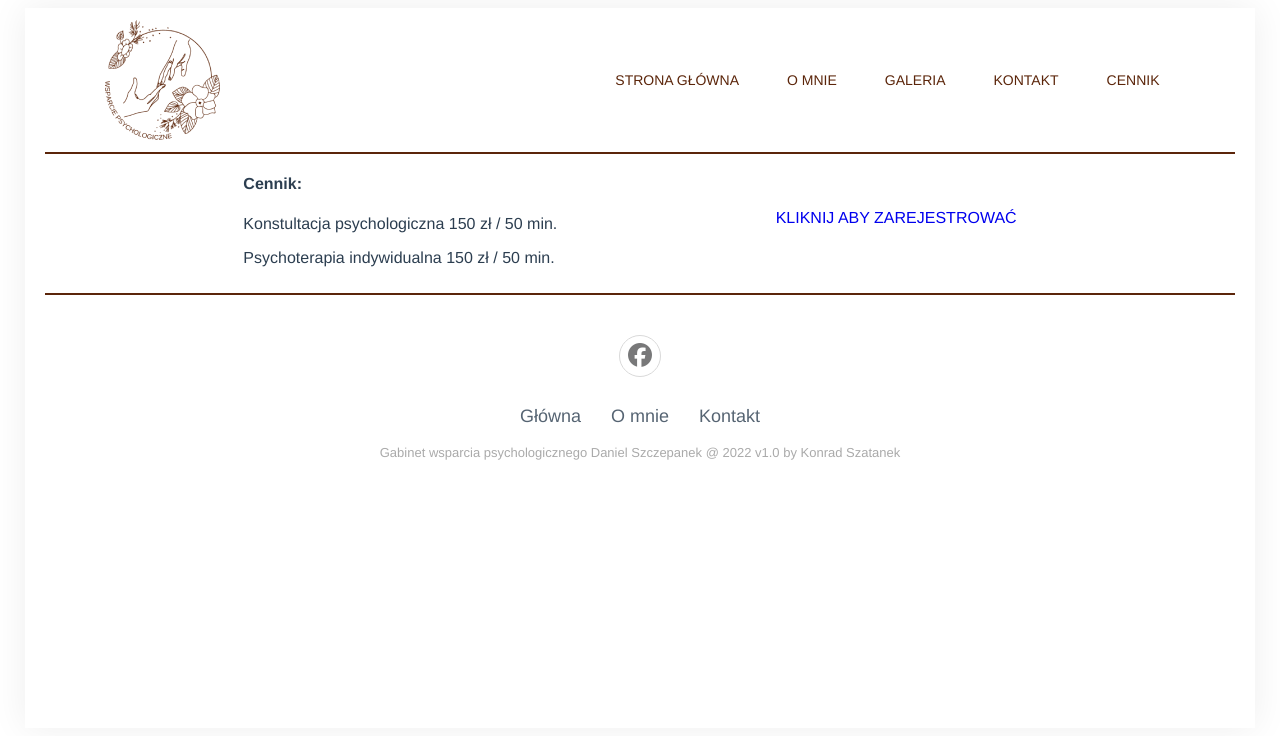
Repository: Kondzioor/szczepan-page
Page: /tariff
The author's editor kept a copy of each file at every save. The page is drawn from the files as they stood at one save, then again after the next save.
The browser window is 1280 px wide. The pictures show the whole page.
Some web libraries are served in a nearby version. The project was rebuilt for these pictures with package versions that can differ from the ones it lists, and the page was loaded fresh each time. Also part of the build but not shown: src/views/Home.vue, src/views/AboutUs.vue, src/views/Contact.vue.

Above is the page before, as saved 2022-04-12 15:42:01.

### public/index.html
<!DOCTYPE html>
<html lang="">
  <head>
    <meta charset="utf-8">
    <meta http-equiv="X-UA-Compatible" content="IE=edge">
    <meta name="viewport" content="width=device-width,initial-scale=1.0">
    <link rel="icon" href="<%= BASE_URL %>favicon.ico">
    <title><%= htmlWebpackPlugin.options.title %></title>
    <script src="https://kit.fontawesome.com/c0ecb9f799.js" crossorigin="anonymous"></script>
  </head>
  <body>
    <noscript>
      <strong>We're sorry but <%= htmlWebpackPlugin.options.title %> doesn't work properly without JavaScript enabled. Please enable it to continue.</strong>
    </noscript>
    <div id="app"></div>
    <!-- built files will be auto injected -->
  </body>
</html>

### src/App.vue
<template>
 <div class="app">
   <Navbar />
   <router-view></router-view>
   <Footer />
 </div>
</template>
<script>
import Navbar from './components/Navbar.vue'
import Footer from './components/Footer.vue'
export default {
  components:{
    Navbar,
    Footer,
  }
}
</script>

<style lang="scss">
.app {
  font-family: Avenir, Helvetica, Arial, sans-serif;
  -webkit-font-smoothing: antialiased;
  -moz-osx-font-smoothing: grayscale;
  color: #2c3e50;
  width: 100%;
  box-sizing: border-box;
  max-width:  1230px;
  height: 100vh;
  margin: 0 auto;
  padding: 0 20px;
  box-shadow: 0 0 35px #eee ;
}
a{
  text-decoration: none;
}
ul li{
  list-style: none;
}
button{
  border: none;
  outline: none;
  background: transparent;
  cursor: pointer;
}
</style>

### src/router/index.js
import { createRouter, createWebHistory } from 'vue-router'
import Home from '../views/Home.vue'
import AboutUs from '../views/AboutUs.vue'
import Contact from '../views/Contact.vue'
import Tariff from '../views/Tariff.vue'

const routes = [
  {
    path: '/',
    name: 'Home',
    component: Home
  },
  {
    path: '/about',
    name: 'AboutUs',
    component: AboutUs
  },
  {
    path: '/contact',
    name: 'Contact',
    component: Contact
  },
  {
    path: '/tariff',
    name: 'Tariff',
    component: Tariff
  }
]

const router = createRouter({
  history: createWebHistory(process.env.BASE_URL),
  routes
})

export default router

### src/components/Navbar.vue
<template>
    <div class="header">
        <nav>
            <div class="branding">
                <img class="logo" src="../assets/logo/logo.png" alt="">
            </div>
            <ul v-if="!mobile" class="navigation">
                <li ><a class="link" href="#" @click="homePush">Strona główna</a></li>
                <li ><a class="link" href="#" @click="aboutUsPush">O mnie</a></li>
                <li ><a class="link" href="#">Galeria</a></li>
                <li ><a class="link" href="#" @click="contactPush">Kontakt</a></li>
                <li ><a class="link" href="#" @click="tariffPush">Cennik</a></li>
            </ul>

            <div class="icon">
                <i @click="toggleMobileNav" v-show="mobile" class="fas fa-bars" :class="{'icon-active': mobileNav}"></i>
            </div>
            <transition name="mobile-nav">
                <ul v-if="mobileNav" class="dropdown-nav">
                <li ><a class="link" href="#" @click="homePush">Strona główna</a></li>
                <li ><a class="link" href="#" @click="aboutUsPush">O mnie</a></li>
                <li ><a class="link" href="#">Galeria</a></li>
                <li ><a class="link" href="#" @click="contactPush">Kontakt</a></li>
                <li ><a class="link" href="#" @click="tariffPush">Cennik</a></li>
                </ul>
            </transition>
        </nav>
    </div>
</template>
<script>
import { useRouter } from "vue-router";
export default {

    data(){
        return{
            router: useRouter(),
            mobile: null,
            mobileNav: null,
            windowWidth: null,
        }
    },
    computed:{

  },
  methods:{
    toggleMobileNav(){
        this.mobileNav = !this.mobileNav
    },
    homePush(){
        this.router.push('/')
    },
    aboutUsPush(){
      this.router.push('/about')
    },
    contactPush(){
        this.router.push('/contact')
    },
    tariffPush(){
        this.router.push('/tariff')
    },

    checkScreen(){
        this.windowWidth = window.innerWidth;
        if(this.windowWidth <= 920){
            this.mobile = true
            return
        }
        this.mobile = false;
        this.mobileNav = false;
        return
    },
  },
  created(){
      window.addEventListener('resize',this.checkScreen);
      this.checkScreen();
  },
}
</script>
<style scoped>
.header{
    max-width:  1230px;
    background-color: white;
    width: 100%;
    border-bottom: 2px solid #5b250a;
    position: relative;
    transition: 0.5s ease all;
    color: #5b250a;
}
.logo{
    cursor: pointer;
}
nav{
    display: flex;
    flex-direction: row;
    padding: 12px 0;
    transition: .5s ease all;
    width:90%;
    margin: 0 auto;
    align-items: center;
}
ul,
.link {
    font-weight: 500;
    color: #5b250a;
    list-style: none;
    text-decoration: none;
}
li{
    text-transform: uppercase;
    padding: 16px;
    margin-left: 16px;
}
.link{
    font-size: 14px;
    transition: .5s ease all;
    padding-bottom: 4px;
    border-bottom: 1px solid transparent;
}
.link:hover{
    color: rgb(81,167,38);
    border-color: rgb(81,167,38);

}
.branding{

    display: flex;
    align-items: center;

}
.branding img{
    width:100%;
    transition: .5s ease all;
}
.navigation{
    display:flex;
    align-items: center;
    flex:1;
    justify-content: flex-end;
}
.icon{
    display: flex;
    align-items: center;
    position: absolute;
    top:0;
    right: 24px;
    height: 100%;
    z-index: 100;
}
i{
    cursor: pointer;
    font-size: 24px;
    transition: .8s ease all;
    margin-right: 40px;
}
.icon-active{
    transform: rotate(180deg);
}
.dropdown-nav{
    display: flex;
    flex-direction: column;
    position: fixed;
    width: 100%;
    max-width: 250px;
    height: 100%;
    background-color: #fff;
    top: 0;
    left: 0;
    z-index: 99;
}
.dropdown-nav li{
    margin-left: 0;

}
.mobile-nav-enter-active,
.mobile-nav-leave-active{
    transition: 1s ease all;
}
.mobile-nav-enter-from,
.mobile-nav-leave-to{
    transform: translateX(-250px)
}
.mobile-nav-enter-to{
    transform: translateX(0)
}

@media (max-width: 420px){
  i{
      margin-right: 10px;
  }
}
@media (max-width: 500px){
  i{
      margin-right: 5px;
  }
}
</style>

### src/components/Footer.vue
<template>
    <section class="footer">
        <div class="social">

            <a href="https://www.facebook.com/psychologLegnicaLubin"><i class="fab fa-facebook" ></i></a>
        </div>
        <ul class="list">
            <li @click="homePush" >
                <a href="/">Główna</a>
            </li>
            <li>
                <a href="/about">O mnie</a>
            </li>
            <li>
                <a href="/contact">Kontakt</a>
            </li>
        </ul>
        <p class="copyright">Gabinet wsparcia psychologicznego Daniel Szczepanek @ 2022 v1.0 by Konrad Szatanek</p>
    </section>
</template>
<script>
export default {
    methods:{
        homePush() {
        this.router.push('/');
      },
    }
}
</script>
<style scoped>
.footer{
    padding: 40px 0;
    background-color: #fff;
    border-top: 2px solid #5b250a;
    margin-top: 10px;
}
.footer .social{
    text-align: center;
    padding-bottom: 25px;
    color: #4b4c4d;
}
.footer .social a{
    font-size: 24px;
    color:inherit;
    border: 1px solid #ccc;
    width: 40px;
    height: 40px;
    line-height: 40px;
    display: inline-block;
    text-align: center;
    border-radius: 50%;
    margin: 0 8px;
    opacity: 0.75;
}
.footer .social a:hover{
    opacity:0.9;
    color: rgb(81,167,38);
    border-color: rgb(81,167,38);
}
.footer ul{
    margin-top: 0;
    margin-bottom: 0;
    padding: 0;
    list-style: none;
    font-size: 18px;
    line-height: 1.6;
    text-align: center;
}
.footer ul li a{
    color: inherit;
    text-decoration: none;
    opacity: 0.8;
}
.footer ul li{
    display: inline-block;
    padding: 0 15px;
}
.footer ul li a:hover{
    opacity: 1;
    color: rgb(81,167,38);
    border-color: rgb(81,167,38);
}
.footer .copyright{
    margin-top: 15px;
    text-align: center;
    font-size: 13px;
    color: #aaa
}
</style>

### src/views/Tariff.vue
<template>
    <div class="container">
        <div class="description">
            <h4>Cennik:</h4>
            <p>Konstultacja psychologiczna 150 zł / 50 min.</p>
            <p>Psychoterapia indywidualna 150 zł / 50 min.</p>
        </div>
        <a href="https://www.znanylekarz.pl/daniel-szczepanek/psycholog/legnica">KLIKNIJ ABY ZAREJESTROWAĆ</a>
    </div>
</template>
<script>
export default {

}
</script>
<style scoped>
.container{
    display: flex;
    justify-content: space-evenly;
    align-items: center;
}
a{
 margin: 20px;
}
</style>

Loaded but not shown: src/main.js (common file); src/store/index.js (common file)

After the next save:
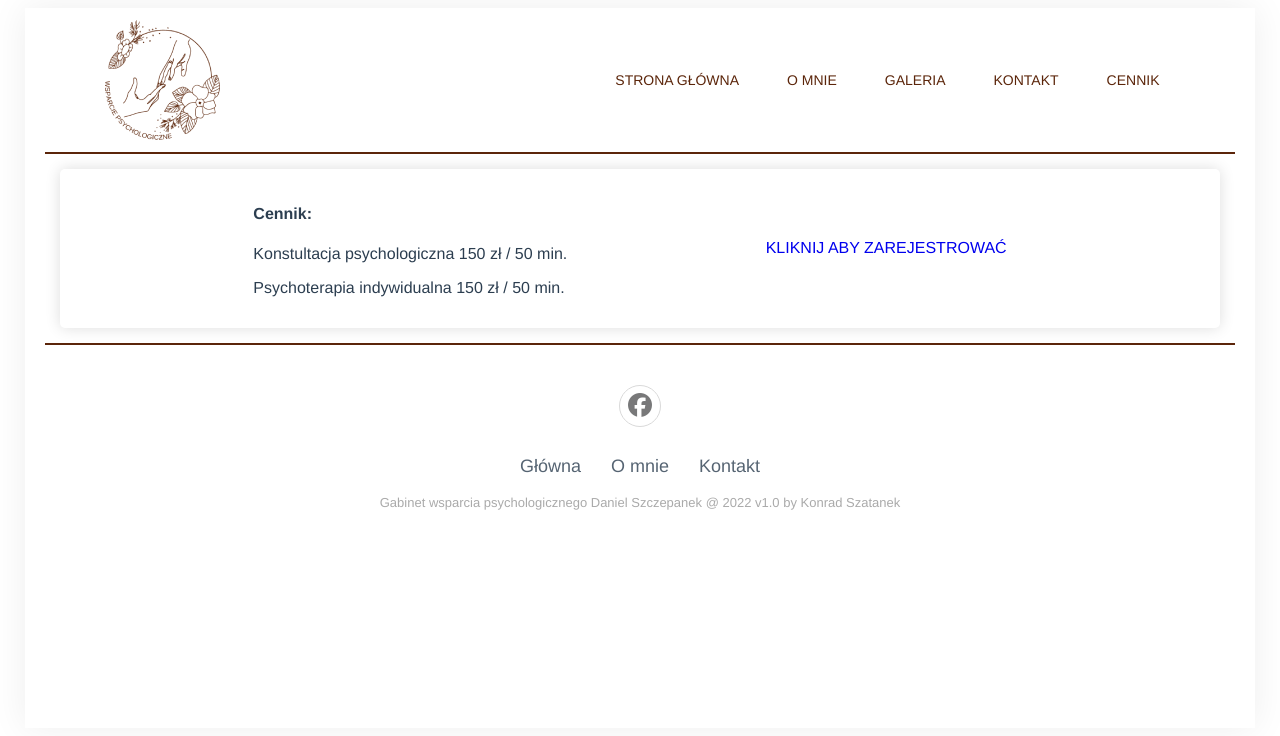
Saved 27 s later.
--- a/src/views/Tariff.vue
+++ b/src/views/Tariff.vue
@@ -18,6 +18,11 @@
     display: flex;
     justify-content: space-evenly;
     align-items: center;
+    margin: 15px 15px;
+    padding: 15px;
+    box-shadow: 0 0 15px #ddd;
+    border-radius: 5px;
+
 }
 a{
  margin: 20px;
